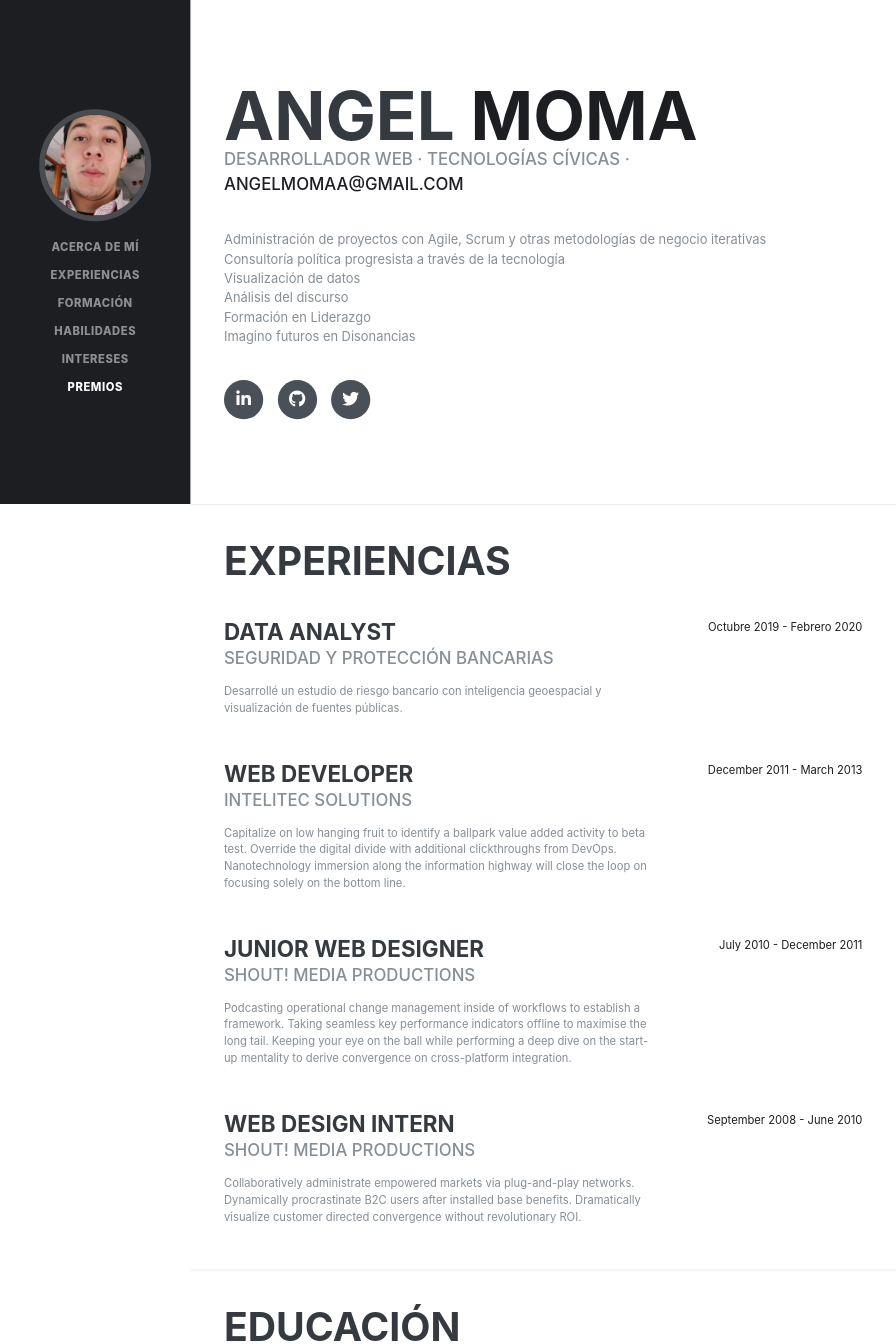
Repository: angel-mora/about-me
Page: index.html
These files come from the project's save history. The page is drawn as it stood at one moment and after the next save; the edit follows.
The browser window is 1280 px wide. The pictures show the part of the page from y = 0 to 1920 px (the page is 4779 px tall), at 70% of full size.
Some web fonts or font styles are not loaded; a fallback is used.

Above is the page before, as saved 2020-05-01 22:32:44.

### index.html
<!DOCTYPE html>
<html lang="es">

<head>

    <meta charset="utf-8">
    <meta name="viewport" content="width=device-width, initial-scale=1, shrink-to-fit=no">
    <meta name="description" content="">
    <meta name="author" content="">

    <title>Angel Moma</title>

    <!-- Bootstrap core CSS -->
    <link href="vendor/bootstrap/css/bootstrap.min.css" rel="stylesheet">

    <!-- Custom fonts for this template -->
    <link href="https://fonts.googleapis.com/css?family=Saira+Extra+Condensed:500,700" rel="stylesheet">
    <link href="https://fonts.googleapis.com/css?family=Muli:400,400i,800,800i" rel="stylesheet">
    <link href="vendor/fontawesome-free/css/all.min.css" rel="stylesheet">

    <!-- Custom styles for this template -->
    <link href="css/resume.min.css" rel="stylesheet">

</head>

<body id="page-top">

    <nav class="navbar navbar-expand-lg navbar-dark bg-primary fixed-top" id="sideNav">
        <a class="navbar-brand js-scroll-trigger" href="#page-top">
            <span class="d-block d-lg-none">¡CONÓCEME!</span>
            <span class="d-none d-lg-block">
                <img class="img-fluid img-profile rounded-circle mx-auto mb-2" src="img/profile.jfif" alt="">
            </span>
        </a>
        <button class="navbar-toggler" type="button" data-toggle="collapse" data-target="#navbarSupportedContent" aria-controls="navbarSupportedContent" aria-expanded="false" aria-label="Toggle navigation">
            <span class="navbar-toggler-icon"></span>
        </button>
        <div class="collapse navbar-collapse" id="navbarSupportedContent">
            <ul class="navbar-nav">
                <li class="nav-item">
                    <a class="nav-link js-scroll-trigger" href="#about">Acerca de mí</a>
                </li>
                <li class="nav-item">
                    <a class="nav-link js-scroll-trigger" href="#experience">Experiencias</a>
                </li>
                <li class="nav-item">
                    <a class="nav-link js-scroll-trigger" href="#education">Formación</a>
                </li>
                <li class="nav-item">
                    <a class="nav-link js-scroll-trigger" href="#skills">Habilidades</a>
                </li>
                <li class="nav-item">
                    <a class="nav-link js-scroll-trigger" href="#interests">Intereses</a>
                </li>
                <li class="nav-item">
                    <a class="nav-link js-scroll-trigger" href="#awards">Premios</a>
                </li>
            </ul>
        </div>
    </nav>

    <div class="container-fluid p-0">

        <section class="resume-section p-3 p-lg-5 d-flex align-items-center" id="about">
            <div class="w-100">
                <h1 class="mb-0">Angel
                    <span class="text-primary">Moma</span>
                </h1>
                <div class="subheading mb-5">Desarrollador Web · Tecnologías cívicas ·
                    <a href="mailto:angelmomaa@gmail.com">angelmomaa@gmail.com</a>
                </div>
                <p class="lead mb-5">Administración de proyectos con Agile, Scrum y otras metodologías de negocio iterativas
                    <br>Consultoría política progresista a través de la tecnología
                    <br>Visualización de datos
                    <br>Análisis del discurso
                    <br>Formación en Liderazgo
                    <br>Imagino futuros en Disonancias
                    <!-- añadir algo de coaching profesional y psicológico-->
                </p>
                <div class="social-icons">
                    <a href="https://www.linkedin.com/in/angelmoma/">
                        <i class="fab fa-linkedin-in"></i>
                    </a>
                    <a href="https://github.com/angel-mora">
                        <i class="fab fa-github"></i>
                    </a>
                    <a href="https://twitter.com/angelmoma_">
                        <i class="fab fa-twitter"></i>
                    </a>
                    <!--
                      <a href="#">
                        <i class="fab fa-facebook-f"></i>
                    </a>
                  -->
                </div>
            </div>
        </section>

        <hr class="m-0">

        <section class="resume-section p-3 p-lg-5 d-flex justify-content-center" id="experience">
            <div class="w-100">
                <h2 class="mb-5">Experiencias</h2>

                <div class="resume-item d-flex flex-column flex-md-row justify-content-between mb-5">
                    <div class="resume-content">
                        <h3 class="mb-0">Data Analyst</h3>
                        <div class="subheading mb-3">Seguridad y Protección Bancarias</div>
                        <p>Desarrollé un estudio de riesgo bancario con inteligencia geoespacial y visualización de fuentes públicas.
                        </p>
                    </div>
                    <div class="resume-date text-md-right">
                        <span class="text-primary">Octubre 2019 - Febrero 2020</span>
                    </div>
                </div>

                <div class="resume-item d-flex flex-column flex-md-row justify-content-between mb-5">
                    <div class="resume-content">
                        <h3 class="mb-0">Web Developer</h3>
                        <div class="subheading mb-3">Intelitec Solutions</div>
                        <p>Capitalize on low hanging fruit to identify a ballpark value added activity to beta test. Override the digital divide with additional clickthroughs from DevOps. Nanotechnology immersion along the information highway will close
                            the loop on focusing solely on the bottom line.</p>
                    </div>
                    <div class="resume-date text-md-right">
                        <span class="text-primary">December 2011 - March 2013</span>
                    </div>
                </div>

                <div class="resume-item d-flex flex-column flex-md-row justify-content-between mb-5">
                    <div class="resume-content">
                        <h3 class="mb-0">Junior Web Designer</h3>
                        <div class="subheading mb-3">Shout! Media Productions</div>
                        <p>Podcasting operational change management inside of workflows to establish a framework. Taking seamless key performance indicators offline to maximise the long tail. Keeping your eye on the ball while performing a deep dive on the
                            start-up mentality to derive convergence on cross-platform integration.</p>
                    </div>
                    <div class="resume-date text-md-right">
                        <span class="text-primary">July 2010 - December 2011</span>
                    </div>
                </div>

                <div class="resume-item d-flex flex-column flex-md-row justify-content-between">
                    <div class="resume-content">
                        <h3 class="mb-0">Web Design Intern</h3>
                        <div class="subheading mb-3">Shout! Media Productions</div>
                        <p>Collaboratively administrate empowered markets via plug-and-play networks. Dynamically procrastinate B2C users after installed base benefits. Dramatically visualize customer directed convergence without revolutionary ROI.</p>
                    </div>
                    <div class="resume-date text-md-right">
                        <span class="text-primary">September 2008 - June 2010</span>
                    </div>
                </div>

            </div>

        </section>

        <hr class="m-0">

        <section class="resume-section p-3 p-lg-5 d-flex align-items-center" id="education">
            <div class="w-100">
                <h2 class="mb-5">Educación</h2>

                <div class="resume-item d-flex flex-column flex-md-row justify-content-between mb-5">
                    <div class="resume-content">
                        <h3 class="mb-0">Microverse.org</h3>
                        <div class="subheading mb-3">Programa de Desarrollador Web <i>Full-stack</i></div>
                        <div>Curso remoto intensivo en inglés de 8 meses (alrededor de 1000 horas efectivas de programación) para perfil de diseñador y desarrollador de aplicaciones web.<br>Capacidad para desarrollar prototipos y gestionar Start-ups.</div>
                        <!-- <p>GPA: 3.23</p> -->
                    </div>
                    <div class="resume-date text-md-right">
                        <span class="text-primary">Febrero 2020</span>
                    </div>
                </div>

                <div class="resume-item d-flex flex-column flex-md-row justify-content-between mb-5">
                    <div class="resume-content">
                        <h3 class="mb-0">Fundación Friedrich Ebert</h3>
                        <div class="subheading mb-3">Programa de Liderazgos Progresistas</div>
                        <div>Curso remoto intensivo en inglés de 8 meses (alrededor de 1000 horas efectivas de programación) para perfil de diseñador y desarrollador de aplicaciones web.<br>Capacidad para desarrollar prototipos y gestionar Start-ups.
                        </div>
                        <!-- <p>GPA: 3.23</p> -->
                    </div>
                    <div class="resume-date text-md-right">
                        <span class="text-primary">Mayo - Diciembre 2018</span>
                    </div>
                </div>

                <div class="resume-item d-flex flex-column flex-md-row justify-content-between">
                    <div class="resume-content">
                        <h3 class="mb-0">Universidad Nacional Autónoma de México</h3>
                        <div class="subheading mb-3">Licenciatura en Filosofía</div>
                        <p>Promedio general: 9.68 / 10</p>
                    </div>
                    <div class="resume-date text-md-right">
                        <span class="text-primary">Enero 2014 - Mayo 2018</span>
                    </div>
                </div>

            </div>
        </section>

        <hr class="m-0">

        <section class="resume-section p-3 p-lg-5 d-flex align-items-center" id="skills">
            <div class="w-100">
                <h2 class="mb-5">Habilidades</h2>

                <div class="subheading mb-3">Lenguajes Web &amp; Librerías</div>
                <!-- add Leaflet, GIS, R Studio, Python -->
                <ul class="list-inline dev-icons">
                    <li class="list-inline-item">
                        <i class="fab fa-html5"></i>
                    </li>
                    <li class="list-inline-item">
                        <i class="fab fa-css3-alt"></i>
                    </li>
                    <li class="list-inline-item">
                        <i class="fab fa-js-square"></i>
                    </li>
                    <li class="list-inline-item">
                        <i class="fab fa-angular"></i>
                    </li>
                    <li class="list-inline-item">
                        <i class="fab fa-react"></i>
                    </li>
                    <li class="list-inline-item">
                        <i class="fab fa-node-js"></i>
                    </li>
                    <li class="list-inline-item">
                        <i class="fab fa-sass"></i>
                    </li>
                    <li class="list-inline-item">
                        <i class="fab fa-less"></i>
                    </li>
                    <li class="list-inline-item">
                        <i class="fab fa-wordpress"></i>
                    </li>
                    <li class="list-inline-item">
                        <i class="fab fa-gulp"></i>
                    </li>
                    <li class="list-inline-item">
                        <i class="fab fa-grunt"></i>
                    </li>
                    <li class="list-inline-item">
                        <i class="fab fa-npm"></i>
                    </li>
                </ul>

                <div class="subheading mb-3">Flujo de Trabajo</div>
                <ul class="fa-ul mb-0">
                    <li>
                        <i class="fa-li fa fa-check"></i> Diseño responsivo, <i>User Experience</i>, <i>Mobile-First</i>
                    </li>
                    <li>
                        <i class="fa-li fa fa-check"></i> Pruebas de compatibilidad entre navegadores &amp; depuración
                    </li>
                    <li>
                        <i class="fa-li fa fa-check"></i> Equipos multifuncionales</li>
                    <li>
                        <i class="fa-li fa fa-check"></i> Lean, Agile &amp; Scrum</li>
                    <li>
                        <i class="fa-li fa fa-check"></i> Decidim &amp; Sociocracia</li>
                </ul>
            </div>
        </section>

        <hr class="m-0">

        <section class="resume-section p-3 p-lg-5 d-flex align-items-center" id="interests">
            <div class="w-100">
                <h2 class="mb-5">Intereses</h2>
                <p>Aparte de ser un desarrollador web, disfruto la mayor parte de mi tiempo a Disonancias, un proyecto multimedia de tecnología y filosofía. Me gusta mucho compartir mi gusto por la comida y bebida con mis amistades. Soy amateur de calistenia.
                    Simpatizo con el Dzogchen.
                </p>
                <p class="mb-0">Me gusta el cine. Tengo dos proyectos cinematográficos que esperan una fase de desarrollo más acelerada (quizá en unos dos años). He escrito un par de publicaciones, además de mi tesis.
                </p>
            </div>
        </section>

        <hr class="m-0">

        <section class="resume-section p-3 p-lg-5 d-flex align-items-center" id="awards">
            <div class="w-100">
                <h2 class="mb-5">Premios &amp; Certificados</h2>
                <ul class="fa-ul mb-0">
                    <li>
                        <i class="fa-li fa fa-trophy text-warning"></i> Google Analytics Certified Developer</li>
                    <li>
                        <i class="fa-li fa fa-trophy text-warning"></i> Mobile Web Specialist - Google Certification
                    </li>
                    <li>
                        <i class="fa-li fa fa-trophy text-warning"></i> 1
                        <sup>st</sup> Place - University of Colorado Boulder - Emerging Tech Competition 2009</li>
                    <li>
                        <i class="fa-li fa fa-trophy text-warning"></i> 1
                        <sup>st</sup> Place - University of Colorado Boulder - Adobe Creative Jam 2008 (UI Design Category)
                    </li>
                    <li>
                        <i class="fa-li fa fa-trophy text-warning"></i> 2
                        <sup>nd</sup> Place - University of Colorado Boulder - Emerging Tech Competition 2008</li>
                    <li>
                        <i class="fa-li fa fa-trophy text-warning"></i> 1
                        <sup>st</sup> Place - James Buchanan High School - Hackathon 2006</li>
                    <li>
                        <i class="fa-li fa fa-trophy text-warning"></i> 3
                        <sup>rd</sup> Place - James Buchanan High School - Hackathon 2005</li>
                </ul>
            </div>
        </section>

    </div>

    <!-- Bootstrap core JavaScript -->
    <script src="vendor/jquery/jquery.min.js"></script>
    <script src="vendor/bootstrap/js/bootstrap.bundle.min.js"></script>

    <!-- Plugin JavaScript -->
    <script src="vendor/jquery-easing/jquery.easing.min.js"></script>

    <!-- Custom scripts for this template -->
    <script src="js/resume.min.js"></script>

</body>

</html>

Loaded but not shown: vendor/bootstrap/css/bootstrap.min.css (library); vendor/fontawesome-free/css/all.min.css (library); css/resume.min.css (library); vendor/jquery/jquery.min.js (library); vendor/bootstrap/js/bootstrap.bundle.min.js (library); vendor/jquery-easing/jquery.easing.min.js (common file); js/resume.min.js (common file)

After the next save:
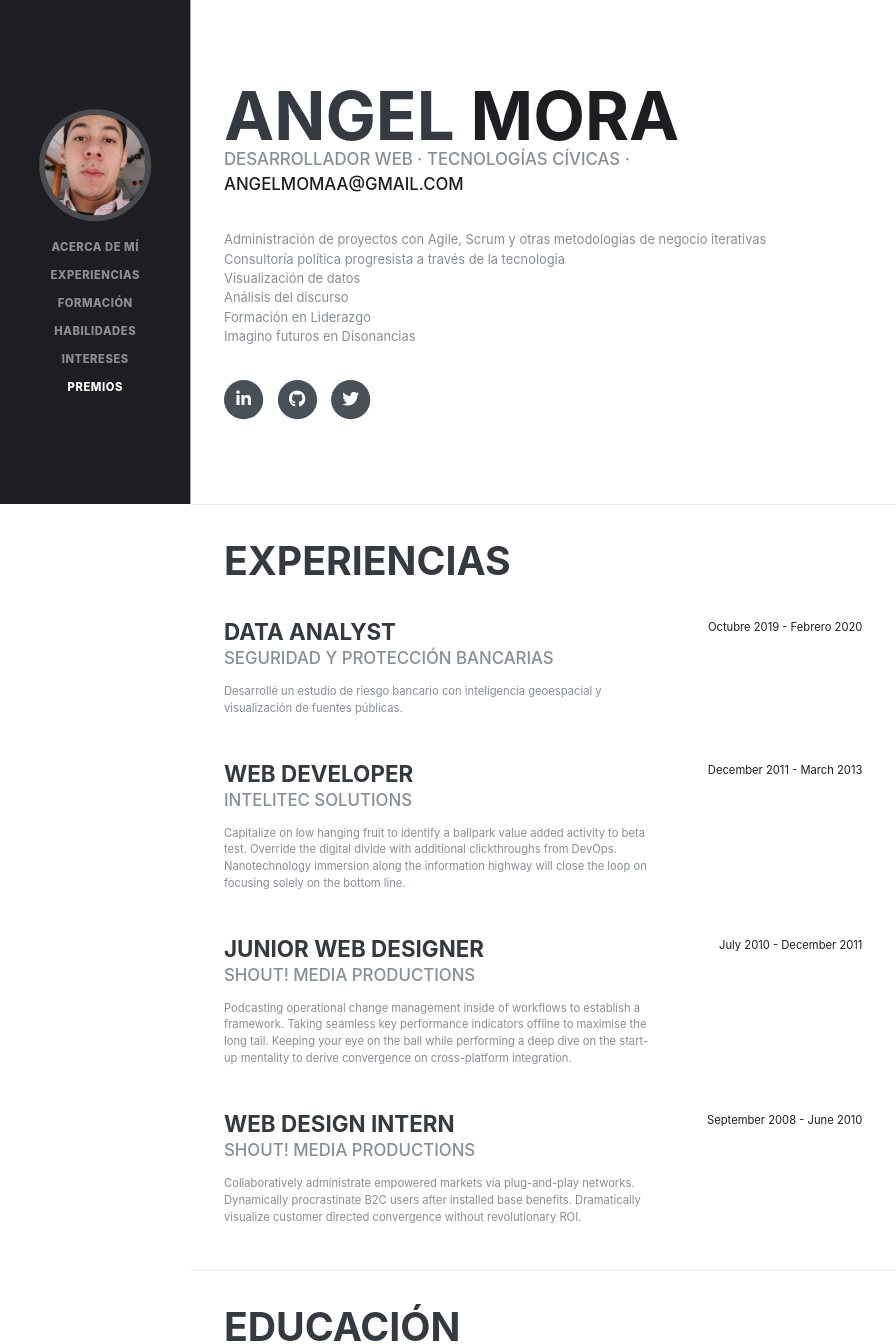
Saved 58 days later.
--- a/index.html
+++ b/index.html
@@ -64,7 +64,7 @@
         <section class="resume-section p-3 p-lg-5 d-flex align-items-center" id="about">
             <div class="w-100">
                 <h1 class="mb-0">Angel
-                    <span class="text-primary">Moma</span>
+                    <span class="text-primary">Mora</span>
                 </h1>
                 <div class="subheading mb-5">Desarrollador Web · Tecnologías cívicas ·
                     <a href="mailto:angelmomaa@gmail.com">angelmomaa@gmail.com</a>
